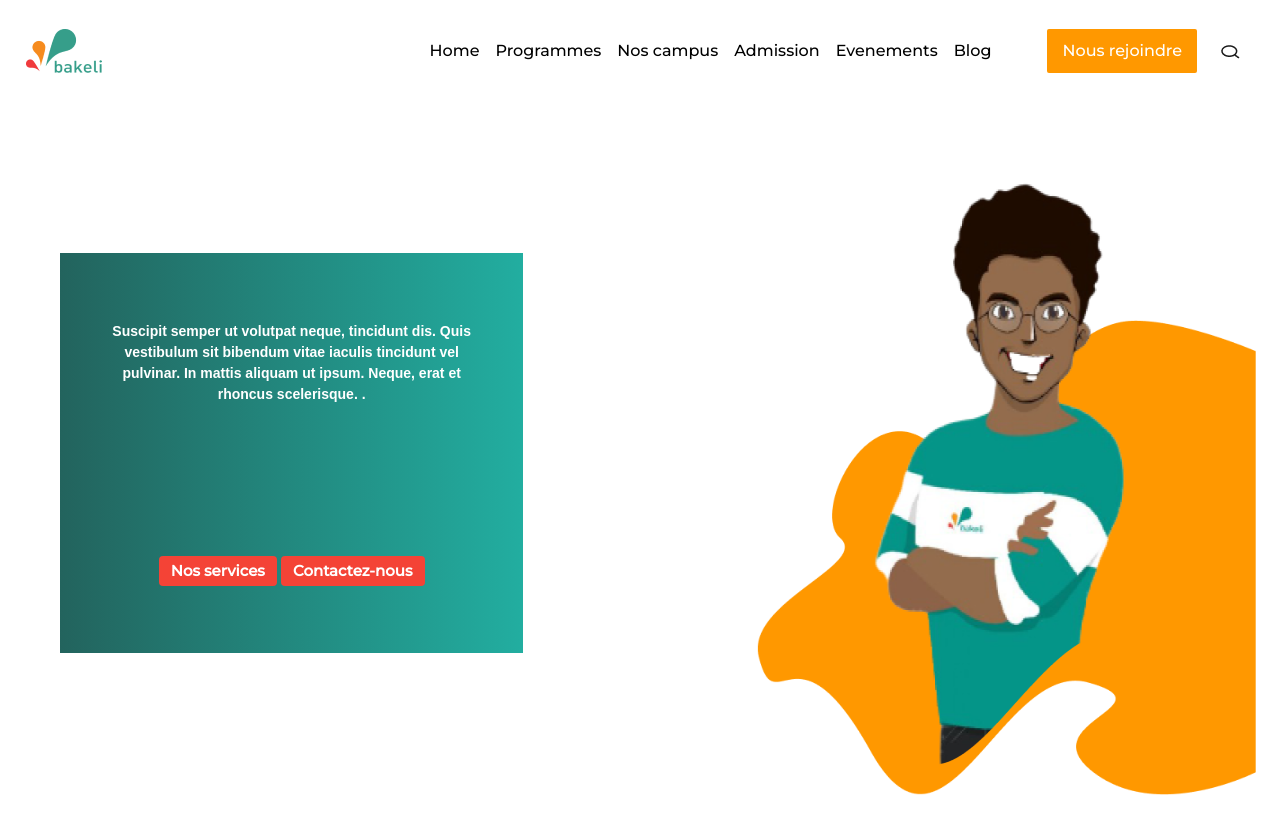
Repository: wadelfadill/tache_6_validation_prototype_bootstrap
Page: index.html
The author's editor kept a copy of each file at every save. The page is drawn from the files as they stood at one save, then again after the next save.
The browser window is 1280 px wide. The pictures show the whole page.
Some web libraries are served in a nearby version.

Above is the page before, as saved 2023-04-24 12:52:41.

### index.html
<!DOCTYPE html>
<html lang="en">
<head>
    <meta charset="UTF-8">
    <meta http-equiv="X-UA-Compatible" content="IE=edge">
    <meta name="viewport" content="width=device-width, initial-scale=1.0">
    <!--------titre du site--------->
    <title>Document</title>

    <!-------link vers le site de bootstrap-->
    <link href="https://cdn.jsdelivr.net/npm/bootstrap@5.1.3/dist/css/bootstrap.min.css" rel="stylesheet" integrity="sha384-1BmE4kWBq78iYhFldvKuhfTAU6auU8tT94WrHftjDbrCEXSU1oBoqyl2QvZ6jIW3" crossorigin="anonymous">

    <!--------link vers le fichier css---------->
    <link rel="stylesheet" href="style.css">

    <!---------Google Fonts links------------>
    <link rel="preconnect" href="https://fonts.googleapis.com">
    <link rel="preconnect" href="https://fonts.gstatic.com" crossorigin>
    <link href="https://fonts.googleapis.com/css2?family=Manrope&family=Montserrat:wght@500&family=Poppins:wght@200&family=Roboto&display=swap" rel="stylesheet">
    <!------------ Google Font Awesome ----------->
    <script src="https://kit.fontawesome.com/8f130c8a35.js" crossorigin="anonymous"></script>
</head>
<body>

    <!-- ========== Start Header Section ========== -->
    <header id="header">
        <nav class="navbar navbar-expand-lg">
            <div class="container-fluid p-3">
              <a class="navbar-brand" href="#"><img src="image/logo.png" alt=""></a>
              <button class="navbar-toggler" type="button" data-bs-toggle="collapse" data-bs-target="#navbarNav" aria-controls="navbarNav" aria-expanded="false" aria-label="Toggle navigation">
                <i class="fa-solid fa-bars" style="color: #000000;"></i>
              </button>
              <div class="collapse navbar-collapse mt-4 mt-lg-0" id="navbarNav">
                <ul class="navbar-nav ms-auto">
                  <li class="nav-item">
                    <a class="nav-link active" aria-current="page" href="#">Home</a>
                  </li>
                  <li class="nav-item">
                    <a class="nav-link" href="#">Programmes</a>
                  </li>
                  <li class="nav-item">
                    <a class="nav-link" href="#">Nos campus</a>
                  </li>
                  <li class="nav-item">
                    <a class="nav-link" href="#">Admission</a>
                  </li>
                  <li class="nav-item">
                    <a class="nav-link" href="#">Evenements</a>
                  </li>
                  <li class="nav-item">
                    <a class="nav-link" href="">Blog</a>
                  </li>
                </ul>
                <button class="btn btn-primary ms-lg-5 mt-3 mt-lg-0">Nous rejoindre</button>
                <a href="#" class="me-lg-4 ms-lg-4 ms-1 d-block d-lg-inline mt-3 mt-lg-0"><img src="image/Groupsearch.png" alt=""></a>
              </div>
            </div>
          </nav>
    </header>
    <!-- ========== End Header Section ========== -->
    <!---------------------------------------------------->
    <!-- ========== Start Main Section ========== -->
    <main id="main">
        <!-- ========== Start Home Section ========== -->
        <section id="home">
            <div class="container-fluid">
                <div class="row align-items-center d-flex flex-column-reverse flex-md-row gy-4 gy-md-0 m-0">
                    <div class="col-md-5 ps-md-5">
                        <div class="container space-vert justify-content-between text-center d-flex justify-content-around flex-column">
                            <p>Suscipit semper ut volutpat neque, tincidunt dis.
                                Quis <br> vestibulum sit bibendum vitae iaculis tincidunt
                                 vel <br> pulvinar. In mattis aliquam ut ipsum.
                                 Neque, erat et <br> rhoncus scelerisque. .
                            </p>
                            <div class="d-grid gap-2 d-md-block d-block">
                                <button class="btn btn-primary" type="button">Nos services</button>
                                <button class="btn btn-primary" type="button">Contactez-nous</button>
                            </div>
                        </div>
                    </div>
                    <div class="col-md-5 offset-md-2">
                        <div class="img">
                            <img src="image/Group 27.png" class="img-fluid w-100 h-100 profile"alt="">
                        </div>
                    </div>
                </div>
            </div>
        </section>
        <!-- ========== End Home Section ========== -->

        <!-- ========== Start Formation Section ========== -->
        <section id="formations">

        </section>
        <!-- ========== End Formation Section ========== -->

        <!-- ========== Start Cours Section ========== -->
        <section id="cours">

        </section>
        <!-- ========== End Cours Section ========== -->

        <!-- ========== Start diplomes Section ========== -->
        <section id="diplomes">

        </section>
        <!-- ========== End diplomes Section ========== -->

        <!-- ========== Start coach Section ========== -->
        <section id="coach">

        </section>
        <!-- ========== End coach Section ========== -->

        <!-- ========== Start activites Section ========== -->
        <section id="activites">

        </section>
        <!-- ========== End activites Section ========== -->

        <!-- ========== Start partenaires Section ========== -->
        <section id="partenaires">

        </section>
        <!-- ========== End partenaires Section ========== -->

    </main>
    <!-- ========== End Main Section ========== -->
    <!----------------------------------------------------->
    <!-- ========== Start Footer Section ========== -->
    <footer id="footer">

    </footer>
    <!-- ========== End Footer Section ========== -->
    <!------------------------------------------------------->
    <!----------- bootstrap script ------------->
    <script src="https://cdn.jsdelivr.net/npm/bootstrap@5.1.3/dist/js/bootstrap.bundle.min.js" integrity="sha384-ka7Sk0Gln4gmtz2MlQnikT1wXgYsOg+OMhuP+IlRH9sENBO0LRn5q+8nbTov4+1p" crossorigin="anonymous"></script>
</body>
</html>

### style.css
/* ===== variables css ======= */
:root{
    --bg-white:#FFFFFF;
    --bg-orange:#FF9800;
    --bg-green:#009688;
    --bg-linear-green: linear-gradient(90deg, rgba(13, 66, 61, 0.9) -22.84%, rgba(12, 199, 181, 0.9) 138.88%),linear-gradient(0deg, #E6E6E6, #E6E6E6);
    --bg-second-orange:#F44336;
    --bg-gray:rgba(238, 249, 248, 0.9);

}

/*======== General ============*/
*{
    padding: 0;
    margin: 0;
}
body{
    padding: 0;
    margin: 0;
    background: var(--bg-white);
}

/*============= navbar ================*/
nav{
    font-family: 'Montserrat';
    font-weight: 400;
    color: black;
    background: var(--bg-white);
    padding-left: 10px;
}
nav .navbar-brand img{
    width: 76px;
    height: 43.78px;
}
nav a.nav-link{
    color: black;
    padding-left: 10px;
    padding-right: 10px;
}
nav a.nav-link:hover, nav a.nav-link:focus{
    color: black;
}
nav .btn-primary, nav .btn-primary:hover, nav .btn-primary:focus{
    background: var(--bg-orange);
    color: var(--bg-white);
    border: none;
    box-shadow: none;
}
nav #navbarNav button{
    padding: 10px;
    padding-left: 15px;
    padding-right: 15px;
    border-radius: 2px;
}
nav button i{
    font-size: 40px;
}
nav .navbar-toggler:focus{
    box-shadow: none;
    border: none;
}

/* =========== home section =========== */
#home{
    margin-top: 10px;
    margin-bottom: 40px;
}
.space-vert{
    width: 100%;
    height: 400px;
    background: var(--bg-linear-green);
}
.space-vert p{
    font-family: 'arial';
    font-weight: 700;
    font-size: 14px;
    line-height: 21px;
    color: var(--bg-white);
}
.space-vert .btn-primary, .space-vert .btn-primary:hover, .space-vert .btn-primary:focus{
    font-family: 'Montserrat';
    background: var(--bg-second-orange);
    color: var(--bg-white);
    border: none;
    box-shadow: none;
    font-weight: 700;
    font-size: 15px;
    line-height: 18px;
}
.profile{
    background-image: url("image/Vectors.png");
    background-repeat: no-repeat;
    background-position:right bottom;
    background-size: contain;
}
.img{
    width: 100%;
    height: 682.83px;
}

After the next save:
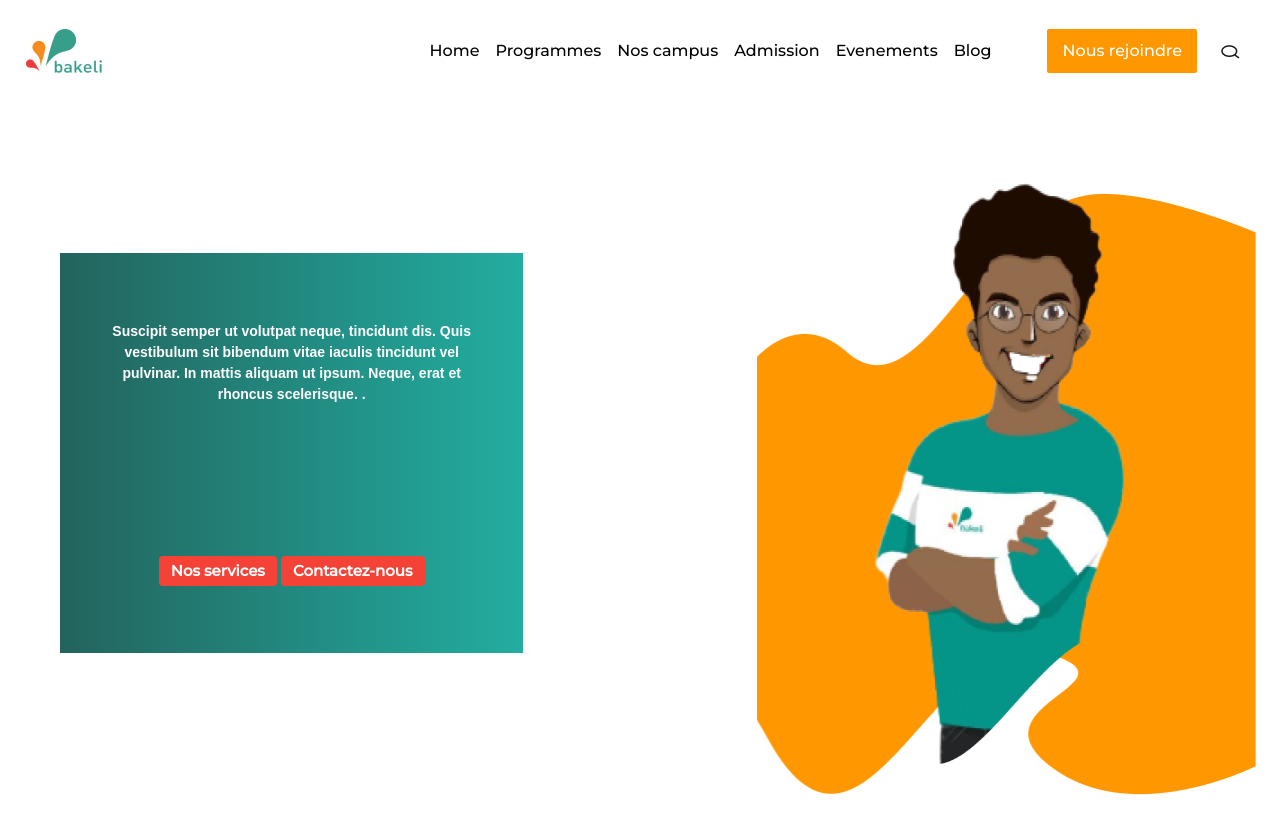
Saved 5 s later.
--- a/style.css
+++ b/style.css
@@ -91,7 +91,6 @@
     background-image: url("image/Vectors.png");
     background-repeat: no-repeat;
     background-position:right bottom;
-    background-size: contain;
 }
 .img{
     width: 100%;
